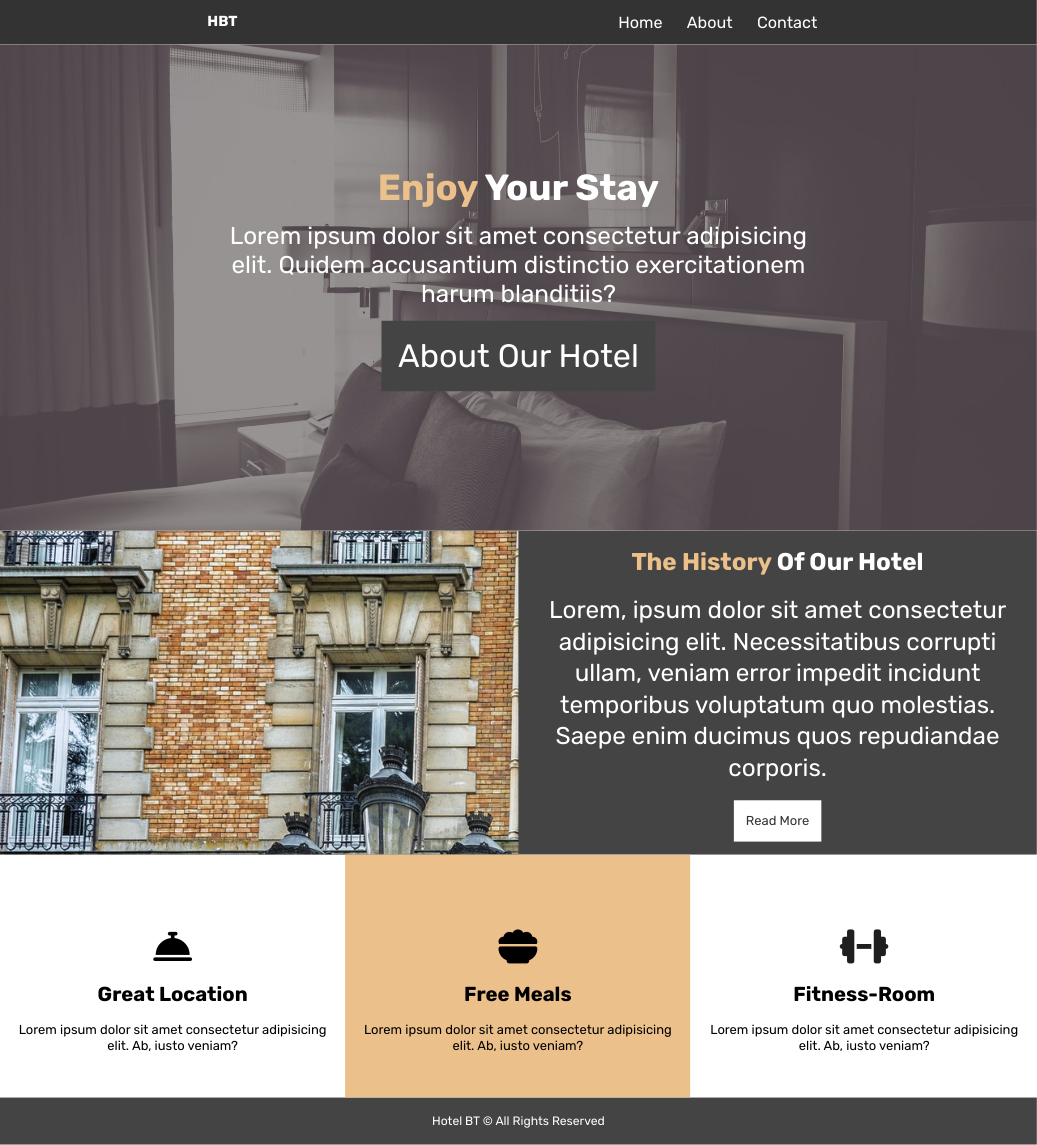
Repository: reemoon-ctrl/35---hotel-website
Page: index.html
An editor plug-in stored every save of this project. The page is shown before and after the next save, followed by the edit.
The browser window is 1280 px wide. The pictures show the whole page, at 81% of full size.
Some web libraries are served in a nearby version.

Above is the page before, as saved 2024-07-24 19:45:13.

After the next save:
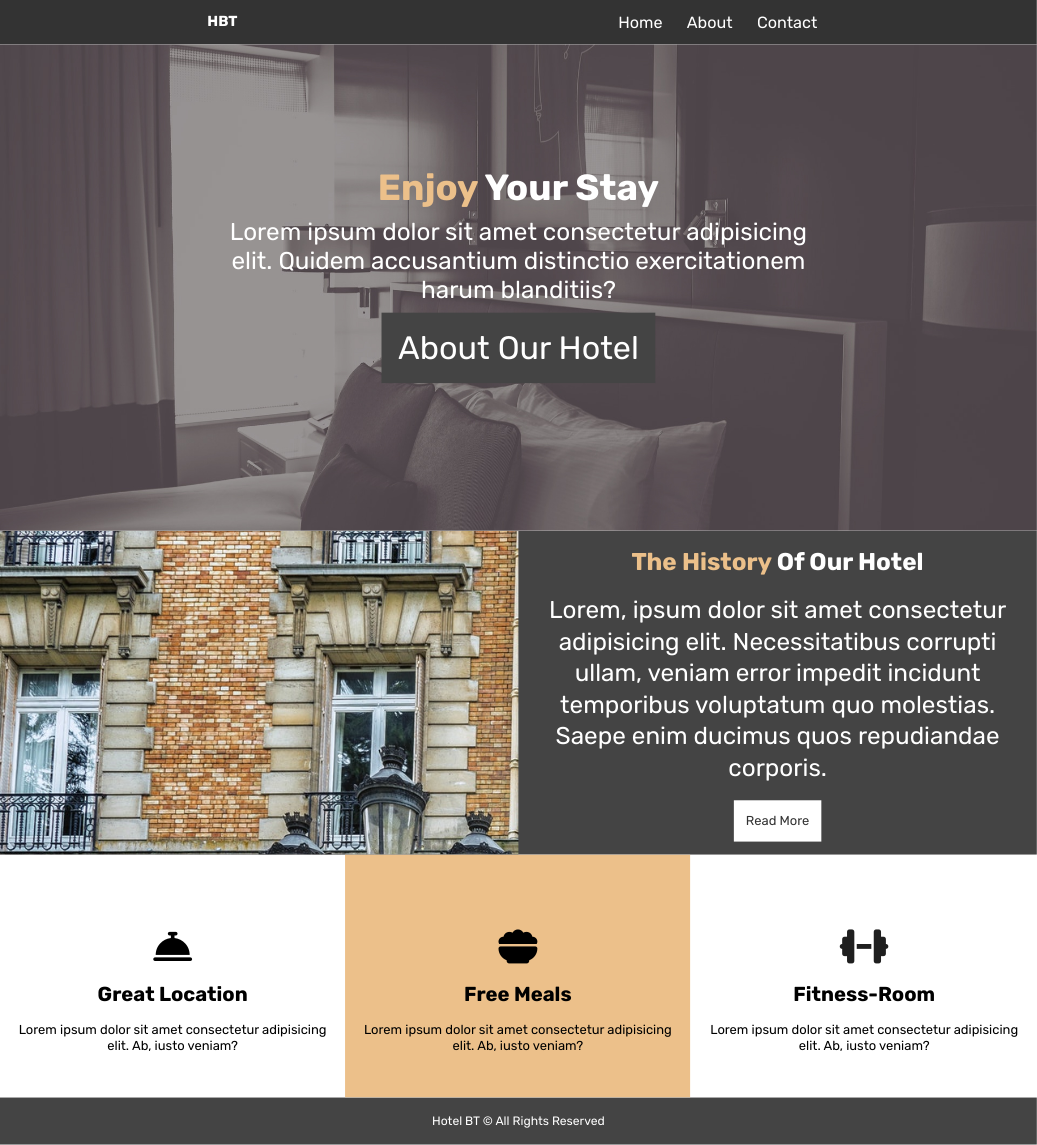
Saved 19 s later.
--- a/index.css
+++ b/index.css
@@ -85,7 +85,7 @@
 }
 
 .mainheadertxt p{
-    margin:15px;
+    margin:10px;
     font-size: 30px;
 }
 .mainheadertxt a{
